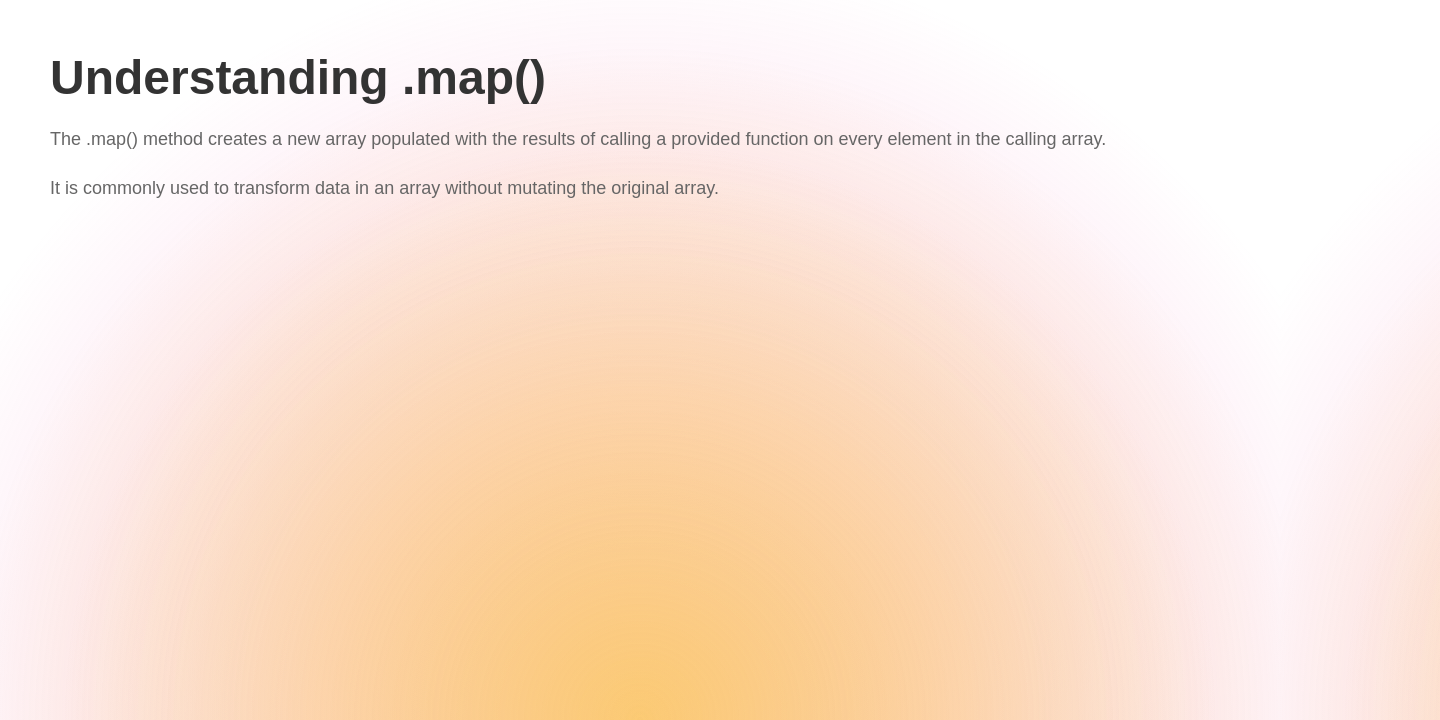
Repository: neelpatel6262/task-manager
Page: index.html
These files come from the project's save history. The page is drawn as it stood at one moment and after the next save; the edit follows.
The browser window is 1280 px wide. The page is 1440 px wide, so the pictures cover 1440 px, including what lies to the right of the window. The pictures show the whole page.
Some web fonts or font styles are not loaded; a fallback is used. Some web libraries are served in a nearby version.

Above is the page before, as saved 2025-08-25 12:14:50.
Console error: TypeError: Cannot read properties of null (reading 'style')

After the next save:
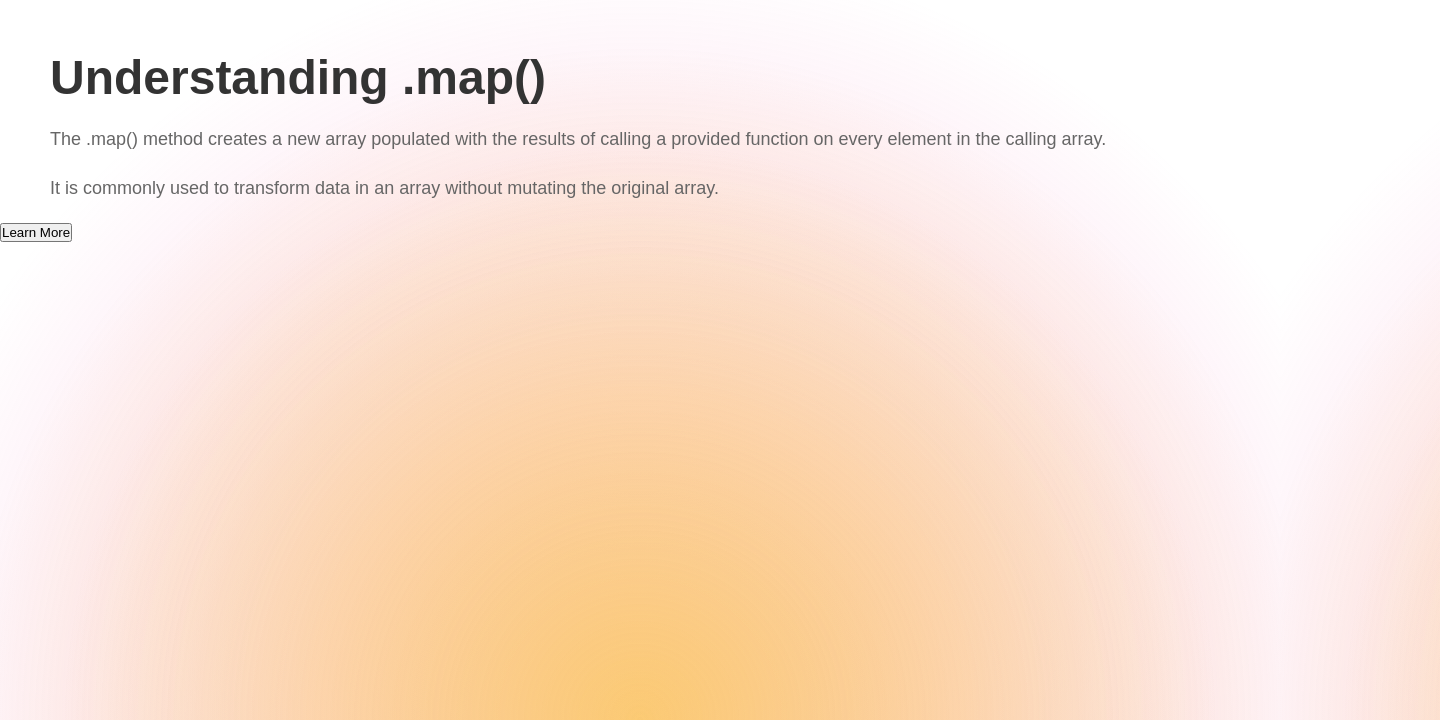
Console error: TypeError: Cannot read properties of null (reading 'addEventListener')
Saved 4 min 28 s later.
--- a/index.html
+++ b/index.html
@@ -45,9 +45,7 @@ body{
 
 <script>
 
-document.querySelector('h1').style.color = '#ff6347';
-document.querySelectorAll('p').forEach(p => p.style.fontFamily = 'DM Sans');
-document.querySelector('h1').textContent = 'Understanding .map()';
+  document.getElementById('mapButton').addEventListener
 
 
 </script>
@@ -57,7 +55,7 @@ document.querySelector('h1').textContent = 'Understanding .map()';
   <h1>Understanding .map()</h1>
   <p>The <code>.map()</code> method creates a new array populated with the results of calling a provided function on every element in the calling array.</p>
   <p>It is commonly used to transform data in an array without mutating the original array.</p>
-  <buttonih3i></button>
+  <button id="mapButton">Learn More</button>
 
 </body>
 
